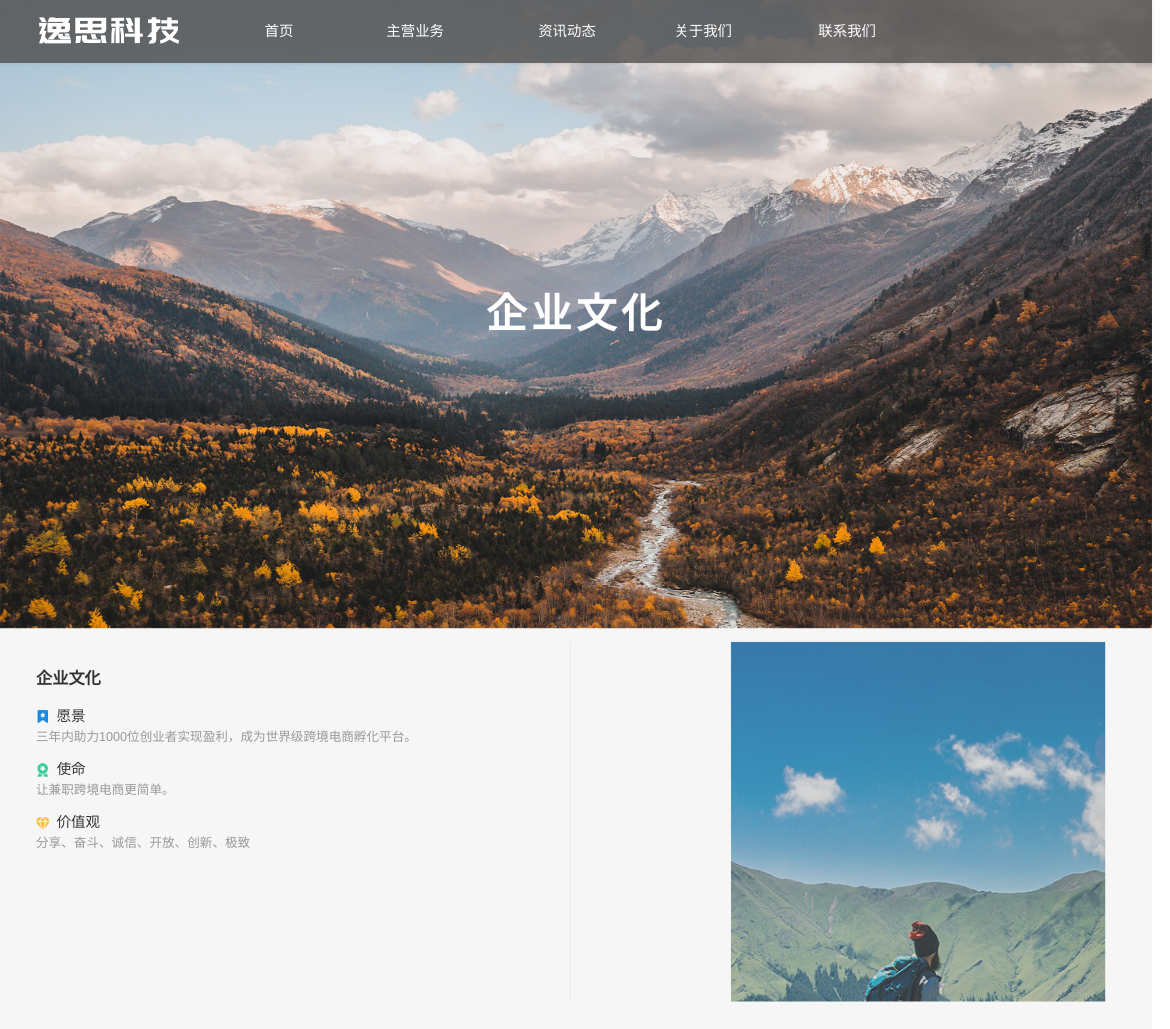
Repository: masterzhang/ztn
Page: brief3.html
These files come from the project's save history. The page is drawn as it stood at one moment and after a run of saves; the edit follows.
The browser window is 1280 px wide. The page is 1300 px wide, so the pictures cover 1300 px, including what lies to the right of the window. The pictures show the part of the page from y = 0 to 1143 px (the page is 2017 px tall), at 90% of full size.
Pictures or frames that could not be fetched are drawn as grey boxes.

Above is the page before, as saved 2021-11-25 15:41:54.
Console error: TypeError: Cannot read properties of undefined (reading 'top')

### brief3.html
<!DOCTYPE html
  PUBLIC "-//W3C//DTD XHTML 1.0 Transitional//EN" "http://www.w3.org/TR/xhtml1/DTD/xhtml1-transitional.dtd">
<!-- saved from url=(0032)https://www.ztn.com/culture.html -->
<html xmlns="http://www.w3.org/1999/xhtml">

<head>
  <meta http-equiv="Content-Type" content="text/html; charset=UTF-8">


  <meta http-equiv="X-UA-Compatible" content="IE=edge,chrome=1">
  <meta name="viewport"
    content="width=device-width, user-scalable=yes, initial-scale=0.2, maximum-scale=1.0, minimum-scale=0.2">
  <title>逸思科技-跨境电商孵化平台</title>
  <link href="/css/favicon.ico" rel="shortcut icon">
  <link rel="stylesheet" type="text/css" href="/css/settings.css">
  <link rel="stylesheet" type="text/css" href="/css/responsive.css">
  <link rel="stylesheet" href="/css/korbin.css">
  <script type="text/javascript" src="/js/jquery-3.6.0.min.js"></script>
</head>

<body>

  <div class="head">
    <div class="logo">
      <h1 style="margin-left: 20px;">
        <img src="/self/images2/logo.png" alt="">
      </h1>
    </div>
    <div class="nav">
      <ul>
        <li> <a class="cnh " href="/"> 首页 </a> </li>
        <li> <a class="cnh  arr " href="javascript:void(0);"> 主营业务 </a>
          <div class="sub">
            <a href="/oversea.html"> 业务模式</a>
          </div>
        </li>
        <li> <a class="cnh" href="/news.html"> 资讯动态 </a>
        </li>
        <li> <a class="cnh  arr " href="javascript:void(0);"> 关于我们 </a>
          <div class="sub">
            <a href="/brief2.html"> 企业介绍</a>
            <a href="/brief.html"> 企业发展</a>
            <a href="/culture.html"> 企业地图</a>
            <a href="/brief3.html"> 企业文化</a>
          </div>
        </li>
        <li> <a class="cnh arr" href="/contact.html"> 联系我们 </a>
          <div class="sub">
            <a href="/jobs.html"> 加入我们</a>
            <a href="/contact.html"> 联系我们</a>
          </div>
        </li>
      </ul>
    </div>
  </div>

  <link rel="stylesheet" type="text/css" href="/css/swiper.min.css">

  <div class="PageMain" style="background: #f6f6f6;">
    <div class="bannerInpicx juzhong">
      <img style="width: 100%;" src="/self/images2/企业文化顶图.jpg">
      <p class="ztculture">企业文化</p>
    </div>
    <div class="pagemian">
      <div class="pagemian_swiper">
        <div class="pagemian_swiper_left">
          <h3 class="culture_title">企业文化</h3>
          <div class="culture_line">
            <p class="cultureTilte"><img src="/images/58065b8d337ec5f1d0058ac9f7bae79c.png"> 愿景</p>
            <p class="cultureJie">三年内助力1000位创业者实现盈利，成为世界级跨境电商孵化平台。</p>
          </div>
          <div class="culture_line">
            <p class="cultureTilte"><img src="/images/d44f9d1443049c06d1db48b1de49cf1c.png"> 使命</p>
            <p class="cultureJie">让兼职跨境电商更简单。</p>
          </div>
          <div class="culture_line">
            <p class="cultureTilte"><img src="/images/1cdfa37ff9de252cab676b4e3ab49286.png"> 价值观</p>
            <p class="cultureJie">分享、奋斗、诚信、开放、创新、极致</p>
          </div>

        </div>
        <div class="pagemian_swiper_right">
          <div class="runbobox">
            <div class="swiper-container swiper-container-horizontal" style="width: 100%;height: 100%;">
              <img src="/self/images2/企业文化逸思奋斗者.jpg" />
            </div>
          </div>
        </div>
      </div>
    </div>

    <div class="cultureClassifica">
      <div class="cultureClassifica_first">
        <div class="cultureClassifica_first_left"
          style="background: url(&#39;/upload/banner/20210730/3f0fda0d31df53f7d490ee0798418f20.png&#39;) no-repeat;background-size: 100% 100%;">

          <p class="cultureClassificaTitle">价值观代言人</p>
          <div class="cultureDetailebox">
            <div class="cultureDetaile">
              <p>价值观代言人</p>
              <p>TA们是集团核心价值观的代言人，带领多位宝藏纵腾人成团出道，让文化接棒，践行核心价值观！让价值闪耀，凝聚纵人精气神！</p>
            </div>
          </div>

        </div>
        <div class="cultureClassifica_first_right"
          style="background: url(&#39;/upload/banner/20210730/8bacadef94ca0032fbed712d2b4fc857.png&#39;) no-repeat;background-size: 100% 100%;">
          <p class="cultureClassificaTitle">宝藏纵腾人</p>
          <div class="cultureDetailebox">
            <div class="cultureDetaile">
              <p>宝藏纵腾人</p>
              <p>TA们是践行集团核心价值观的标杆榜样，是价值观的具象表现，是看得见摸得着的价值载体，如同宝藏，闪耀纵腾。 </p>
            </div>
          </div>
        </div>
      </div>
      <div class="cultureClassifica_seceond">
        <div class="cultureClassifica_seceond_right"
          style="width: 100%;background: url(&#39;/upload/banner/20210730/4e8b6aaff991442b1dc90254697e5b07.png&#39;) no-repeat;background-size: 100% 100%;">
          <p class="cultureClassificaTitle">文化周边</p>
          <div class="cultureDetailebox">
            <div class="cultureDetaile">
              <p>文化周边</p>
              <p>文化周边产品是纵腾企业文化的别样体现，带有潮流文化的态度与理念，围绕纵腾文化精心打造了价值观文化衫、帆布袋、员工笔记本、员工便利贴等产品，展现纵腾文化力。</p>
            </div>
          </div>
        </div>
      </div>

      <div class="cultureClassifica_three">
        <div class="cultureClassifica_first_right yuangongGuanhuai"
          style="background: url(&#39;/upload/banner/20210730/6ef6c43417532fb5c79c0cdc8f4ac51c.png&#39;) no-repeat;background-size: 100% 100%;">
          <p class="cultureClassificaTitle">员工关怀</p>
          <div class="cultureDetailebox">
            <div class="cultureDetaile">
              <p>员工关怀</p>
              <p>趣味十足且具备仪式感的员工关怀活动，提升员工对集团的归属感及认同感，增强集团凝聚力，促进企业文化健康发展。</p>
            </div>
          </div>
        </div>
        <div class="cultureClassifica_first_left ballYuangong"
          style="background: url(&#39;/upload/banner/20210730/da8fa69e2b4f1c408cf37126f9adbadb.png&#39;) no-repeat;background-size: 100% 100%;">
          <p class="cultureClassificaTitle">员工俱乐部</p>
          <div class="cultureDetailebox">
            <div class="cultureDetaile">
              <p>员工俱乐部</p>
              <p>关爱员工身心健康，丰富业余文化生活，篮球俱乐部、羽毛球俱乐部、乒乓球俱乐部、桌球俱乐部、电竞俱乐部、桌游俱乐部，一应俱全，让员工生活充满小惊喜。</p>
            </div>
          </div>
        </div>
      </div>
    </div>

  </div>

  <script src="/js/swiper.min.js"></script>
  <!-- 数字滚动 -->
  <script type="text/javascript" src="/js/TweenLite.min.js"></script>
  <script type="text/javascript" src="/js/lem_counter.js"></script>

  <script type="text/javascript">
    $(function () {
      //窗口显示才加载
      var wrapTop = $(".digital").offset().top;
      var istrue = true;
      $(window).on("scroll",
        function () {
          var s = $(window).scrollTop();
          if (s > wrapTop - 600 && istrue) {
            $('.counter-numb').lemCounter();
            istrue = false;
          };
        });

    })
  </script>
  <script type="text/javascript">
    var mySwiper = new Swiper('.swiper-container', {
      autoplay: true,
      disableOnInteraction: false,
      autoplayDisableOnInteraction: false,//这个加了没啥用
      on: {
        slideChangeTransitionEnd: function () {
          this.autoplay.start();//就加这个玩意儿
        },
      },
      //direction: 'vertical', // 垂直切换选项
      loop: true, // 循环模式选项
      // 如果需要前进后退按钮
      navigation: {
        nextEl: '.swiper-button-next',
        prevEl: '.swiper-button-prev',
      },
      // 如果需要滚动条
    })
  </script>


  <div class="footer" style="clear: both">
    <div class="wrapperKn" style="width: 1300px;">
      <div class="foot_nav">
        <div class="box footlogo" style="align-items: flex-start;">
          <img src="/self/images2/logo.png" alt="">
        </div>
        <div class="box">
          <h3>首页</h3>
          <ul class="list">
            <li><a href="https://www.ztn.com/oversea.html">业务模式</a></li>
          </ul>
        </div>
        <div class="box">
          <h3>主营业务</h3>
          <ul class="list">
            <li><a href="https://www.ztn.com/oversea.html">业务模式</a></li>
          </ul>
        </div>
        <div class="box">
          <h3>咨询动态</h3>
        </div>
        <div class="box">
          <h3>关于我们</h3>
          <ul class="list">
            <li><a href="https://www.goodcang.com/" target="_blank">企业介绍</a></li>
            <li><a href="https://www.yunexpress.cn/" target="_blank">企业发展</a></li>
            <li><a href="https://www.gotenchina.com/" target="_blank">企业地图</a></li>
            <li><a href="https://www.miworldtech.com/">企业文化</a></li>
          </ul>
        </div>
        <div class="box">
          <h3>联系我们</h3>
          <ul class="list">
            <li><a href="https://www.goodcang.com/" target="_blank">联系我们</a></li>
            <li><a href="https://www.yunexpress.cn/" target="_blank">加入我们</a></li>
          </ul>
        </div>
        <div class="box qrcodebox" style="width: auto;">
          <div class="qrcode">
            <h5>微信公众号</h5>
            <img src="/self/images2/qrcode.jpg" alt="" width="150px">
          </div>
        </div>
      </div>
    </div>
  </div>

  <script type="text/javascript" src="/js/korbin.js"></script>

  <div>
    <div
      style="display: none; position: fixed; top: 30px; width: auto; max-width: 100%; text-align: center; left: 50%; transform: translateX(-50%); z-index: 99999999;">
      <div
        style="display: inline-block; font-size: 14px; font-weight: bold; border: 1px solid rgb(240, 195, 109); background-color: rgb(249, 237, 190); padding: 0px 10px; border-radius: 2px; box-shadow: rgba(0, 0, 0, 0.2) 0px 2px 4px;">
      </div>
    </div>
  </div>
</body>

</html>

### js/lem_counter.js
/******/ (function(modules) { // webpackBootstrap
/******/ 	// The module cache
/******/ 	var installedModules = {};
/******/
/******/ 	// The require function
/******/ 	function __webpack_require__(moduleId) {
/******/
/******/ 		// Check if module is in cache
/******/ 		if(installedModules[moduleId]) {
/******/ 			return installedModules[moduleId].exports;
/******/ 		}
/******/ 		// Create a new module (and put it into the cache)
/******/ 		var module = installedModules[moduleId] = {
/******/ 			i: moduleId,
/******/ 			l: false,
/******/ 			exports: {}
/******/ 		};
/******/
/******/ 		// Execute the module function
/******/ 		modules[moduleId].call(module.exports, module, module.exports, __webpack_require__);
/******/
/******/ 		// Flag the module as loaded
/******/ 		module.l = true;
/******/
/******/ 		// Return the exports of the module
/******/ 		return module.exports;
/******/ 	}
/******/
/******/
/******/ 	// expose the modules object (__webpack_modules__)
/******/ 	__webpack_require__.m = modules;
/******/
/******/ 	// expose the module cache
/******/ 	__webpack_require__.c = installedModules;
/******/
/******/ 	// define getter function for harmony exports
/******/ 	__webpack_require__.d = function(exports, name, getter) {
/******/ 		if(!__webpack_require__.o(exports, name)) {
/******/ 			Object.defineProperty(exports, name, {
/******/ 				configurable: false,
/******/ 				enumerable: true,
/******/ 				get: getter
/******/ 			});
/******/ 		}
/******/ 	};
/******/
/******/ 	// getDefaultExport function for compatibility with non-harmony modules
/******/ 	__webpack_require__.n = function(module) {
/******/ 		var getter = module && module.__esModule ?
/******/ 			function getDefault() { return module['default']; } :
/******/ 			function getModuleExports() { return module; };
/******/ 		__webpack_require__.d(getter, 'a', getter);
/******/ 		return getter;
/******/ 	};
/******/
/******/ 	// Object.prototype.hasOwnProperty.call
/******/ 	__webpack_require__.o = function(object, property) { return Object.prototype.hasOwnProperty.call(object, property); };
/******/
/******/ 	// __webpack_public_path__
/******/ 	__webpack_require__.p = "";
/******/
/******/ 	// Load entry module and return exports
/******/ 	return __webpack_require__(__webpack_require__.s = 0);
/******/ })
/************************************************************************/
/******/ ([
/* 0 */
/***/ (function(module, exports, __webpack_require__) {

"use strict";
/*
 Version: 1.0.0
 Author: lemehovskiy
 Website: http://lemehovskiy.github.io
 Repo: https://github.com/lemehovskiy/lem_counter
 */



var _typeof = typeof Symbol === "function" && typeof Symbol.iterator === "symbol" ? function (obj) { return typeof obj; } : function (obj) { return obj && typeof Symbol === "function" && obj.constructor === Symbol && obj !== Symbol.prototype ? "symbol" : typeof obj; };

var _createClass = function () { function defineProperties(target, props) { for (var i = 0; i < props.length; i++) { var descriptor = props[i]; descriptor.enumerable = descriptor.enumerable || false; descriptor.configurable = true; if ("value" in descriptor) descriptor.writable = true; Object.defineProperty(target, descriptor.key, descriptor); } } return function (Constructor, protoProps, staticProps) { if (protoProps) defineProperties(Constructor.prototype, protoProps); if (staticProps) defineProperties(Constructor, staticProps); return Constructor; }; }();

function _classCallCheck(instance, Constructor) { if (!(instance instanceof Constructor)) { throw new TypeError("Cannot call a class as a function"); } }

(function ($) {
    var LemCounter = function () {
        function LemCounter(element, options) {
            _classCallCheck(this, LemCounter);

            var self = this;

            //extend by function call
            self.settings = $.extend(true, {
                value_from: 0,
                value_to: 0,
                locale: false,
                value_to_from_content: false,
                animate_duration: 2
            }, options);

            self.$element = $(element);

            self.to_fixed_digits = 0;

            //extend by data options
            self.data_options = self.$element.data('lem-counter');
            self.settings = $.extend(true, self.settings, self.data_options);

            //value to from content
            if (self.settings.value_to_from_content) {
                //check if number and remove commas
                if (!isNaN(self.$element.text().replace(/,/g, ''))) {
                    self.settings = $.extend(true, self.settings, {
                        value_to: Number(self.$element.text().replace(/,/g, ''))
                    });
                }
            }

            //set start value
            self.counter_helper = { val: self.settings.value_from };

            self.init();
        }

        _createClass(LemCounter, [{
            key: 'init',
            value: function init() {

                var self = this;

                var counter_to = self.settings.value_to;

                //check if number is float
                if (isFloat(counter_to)) {
                    var string_counter_val_to = counter_to.toString();

                    self.to_fixed_digits = string_counter_val_to.substr(string_counter_val_to.indexOf('.') + 1).length;
                }

                TweenLite.to(self.counter_helper, self.settings.animate_duration, {
                    val: counter_to,
                    onUpdate: updateHandler,
                    ease: Linear.easeNone,
                    onComplete: function onComplete() {
                        self.$element.trigger('onComplete.lc');
                    }
                });

                function isFloat(n) {
                    return Number(n) === n && n % 1 !== 0;
                }

                function updateHandler() {
                    var value = self.counter_helper.val;

                    var num = value.toFixed(self.to_fixed_digits);

                    var num_locale = 0;

                    if (self.to_fixed_digits == 0) {
                        num_locale = parseInt(num);
                    } else {
                        num_locale = parseFloat(num);
                    }

                    if (self.settings.locale) {
                        num_locale = num_locale.toLocaleString(self.settings.locale, { maximumFractionDigits: self.to_fixed_digits });
                    }

                    self.$element.text(num_locale);
                }
            }
        }]);

        return LemCounter;
    }();

    $.fn.lemCounter = function () {
        var $this = this,
            opt = arguments[0],
            args = Array.prototype.slice.call(arguments, 1),
            length = $this.length,
            i = void 0,
            ret = void 0;
        for (i = 0; i < length; i++) {
            if ((typeof opt === 'undefined' ? 'undefined' : _typeof(opt)) == 'object' || typeof opt == 'undefined') $this[i].lem_counter = new LemCounter($this[i], opt);else ret = $this[i].lem_counter[opt].apply($this[i].lem_counter, args);
            if (typeof ret != 'undefined') return ret;
        }
        return $this;
    };
})(jQuery);

/***/ })
/******/ ]);

### js/korbin.js
/**
 *
 * @authors Korbin 280674094@qq.com
 * @date    2019-04-24 17:04:26
 * @version $Id$
 */

$(function(){

	$(".coordinate-item").hover(function(){
		$(this).find(".city-name").stop().animate({bottom:'40px',opacity:'0'},260,function(){
			$(this).hide();
		});
		$(this).find(".warehouse-detail").show().stop().animate({bottom:'26px',opacity:'1'},200);
	},function(){
		$(this).find(".warehouse-detail").stop().animate({bottom:'50px',opacity:'0'},200,function(){
			$(this).hide();
		});
		$(this).find(".city-name").show().stop().animate({bottom:'26px',opacity:'1'},260);
	});

	$(".coordinate-item").hover(function(){
		$(this).find(".warehouse_dright").show().stop().animate({left:'22px',opacity:'1'},200);
	},function(){
		$(this).find(".warehouse_dright").stop().animate({left:'50px',opacity:'0'},200,function(){
			$(this).hide();
		});

	});

	$(".switchFunc .tabT .box span").click(function(){
		$(this).addClass('curr').siblings().removeClass('curr');
	    var index = $(this).index();
	    var ip = $(this).parents('li');
	    number = index;
	    ip.find('.switchBody .item').hide();
	    ip.find('.switchBody .item:eq('+index+')').show();
	    var title = $(this).parents('.switchBrandLogo');
	    title.find('.showtp').text($(this).text());
	    title.find('.showtp').removeClass('active');
	    title.find('.box').slideUp('fast');
	});

	$('.switchBrandLogo .showtp').click(function(){
		$(this).parent().find('.box').stop().toggle();
		if($(this).hasClass('active')){
			$(this).removeClass('active')
		}else{
			$(this).addClass('active')
		}
	})

	// 视频新增与修改
	$('body').on('click','.playShade',function(){
		$(this).parent('.videoInner').addClass('videoPlay');
		document.getElementById('ourvideo').play();
		$(this).hide();
	});

	$('body').on('click','.closeVideoBtn',function(){
		document.getElementById('ourvideo').pause();
		$(this).parent('.videoInner').removeClass('videoPlay');
		$(this).parent('.videoInner').find('.playShade').show();
	});
	// video end

	$(".Ellipsis").each(function (i) {
        var divH = $(this).height();
        var $p = $(".gt", $(this)).eq(0);
        while ($p.outerHeight() > divH) {
          $p.text($p.text().replace(/(\s)*([a-zA-Z0-9]+|\W)(\.\.\.)?$/, "..."));
        };
      });

})

Loaded but not shown: css/settings.css (library); css/responsive.css (library); css/korbin.css (library); js/jquery-3.6.0.min.js (library); css/swiper.min.css (library); js/swiper.min.js (library); js/TweenLite.min.js (library)

After the next 2 saves:
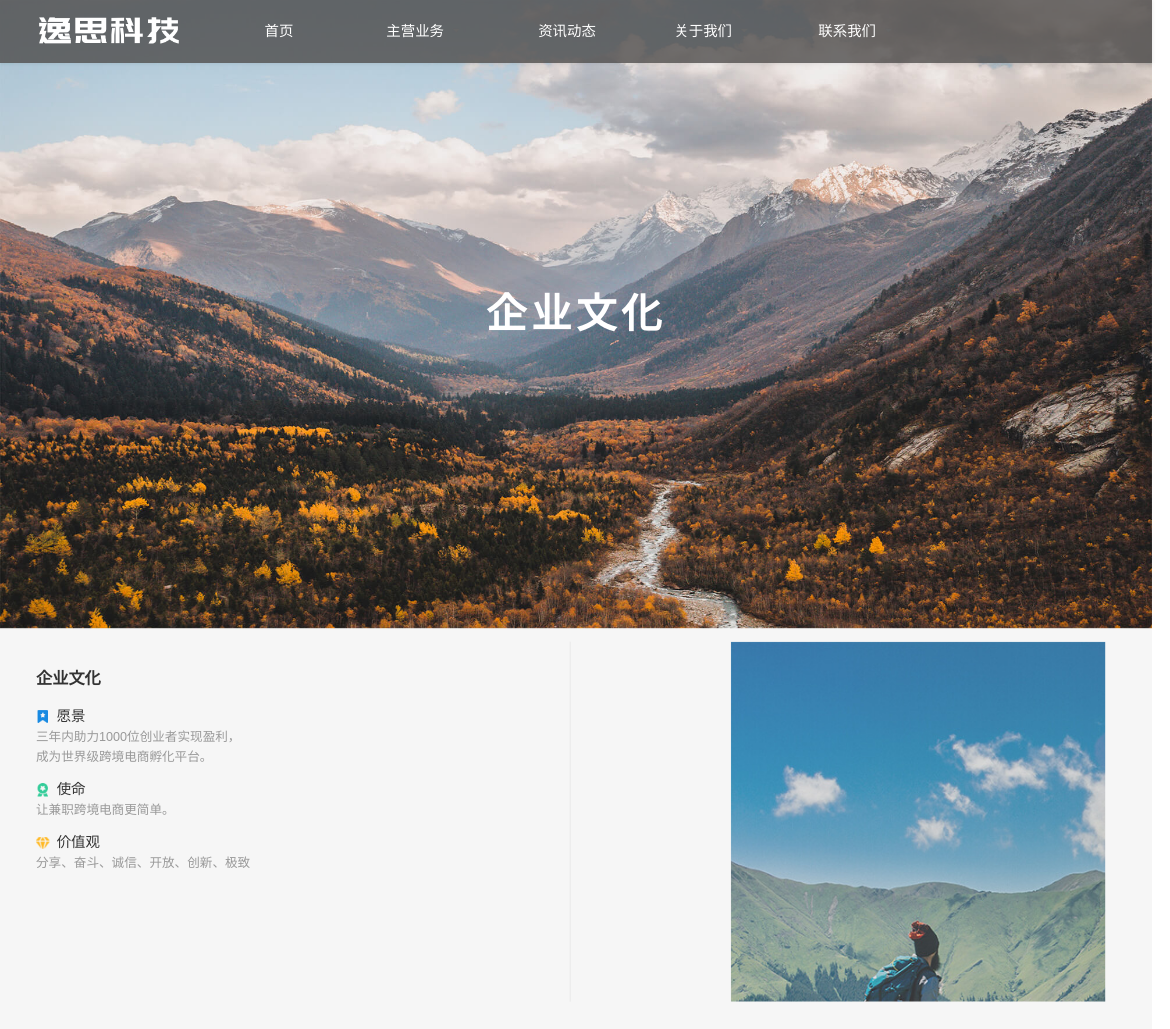
The 2 saves are shown as one change because they came seconds apart.
The last was saved 60 s later.
--- a/brief3.html
+++ b/brief3.html
@@ -67,7 +67,7 @@
           <h3 class="culture_title">企业文化</h3>
           <div class="culture_line">
             <p class="cultureTilte"><img src="/images/58065b8d337ec5f1d0058ac9f7bae79c.png"> 愿景</p>
-            <p class="cultureJie">三年内助力1000位创业者实现盈利，成为世界级跨境电商孵化平台。</p>
+            <p class="cultureJie">三年内助力1000位创业者实现盈利，<br />成为世界级跨境电商孵化平台。</p>
           </div>
           <div class="culture_line">
             <p class="cultureTilte"><img src="/images/d44f9d1443049c06d1db48b1de49cf1c.png"> 使命</p>
